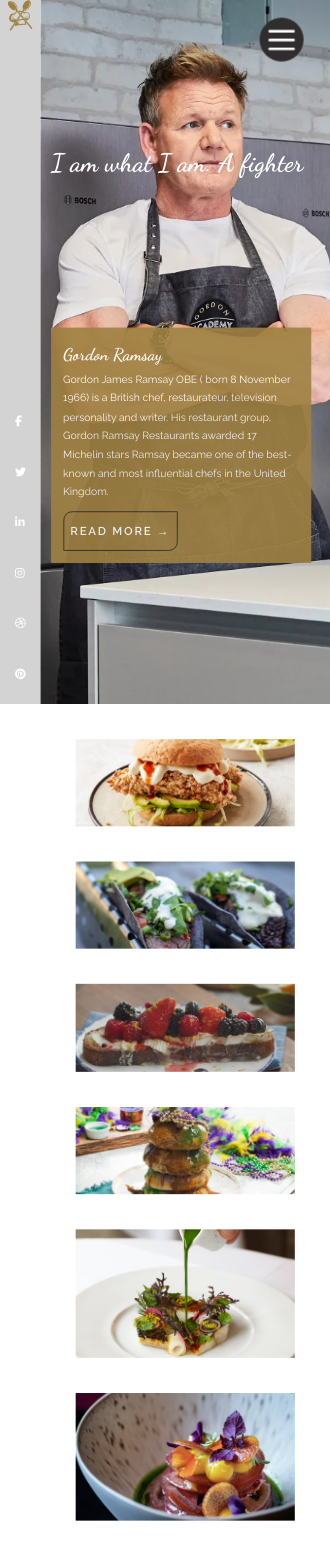
Repository: Esraa22M/Gordon-Ramsay-Biography
Page: index.html
An editor plug-in stored every save of this project. The page is shown before and after the next save, followed by the edit.
The browser window is 375 px wide. The pictures show the whole page, at 88% of full size.
Backgrounds fixed to the window are drawn as part of the page. Some web libraries are served in a nearby version.

Above is the page before, as saved 2022-12-13 20:07:18.

### index.html
<!DOCTYPE html>
<html lang="en">

<head>
    <meta charset="UTF-8">
    <meta http-equiv="X-UA-Compatible" content="IE=edge">
    <meta name="viewport" content="width=device-width, initial-scale=1.0">
    <title>Gordon-Ramsay-Biography
    </title>
    <!-- google fonts -->
    <link rel="preconnect" href="https://fonts.googleapis.com">
    <link rel="preconnect" href="https://fonts.gstatic.com" crossorigin>
    <link
        href="https://fonts.googleapis.com/css2?family=Dancing+Script:wght@400;500;600;700&family=Raleway:ital,wght@0,100;0,200;0,300;0,400;0,500;0,600;0,700;0,800;0,900;1,100;1,200;1,300;1,400;1,500;1,600;1,700;1,800;1,900&display=swap"
        rel="stylesheet">
    <link href="https://fonts.googleapis.com/css2?family=Dancing+Script:wght@400;500;600;700&display=swap"
        rel="stylesheet">

    <!-- external style -->
    <link rel="stylesheet" href="style.css" />
    <!-- fontawsome -->
    <script src="https://kit.fontawesome.com/8684e53235.js" crossorigin="anonymous"></script>
    <!-- scripts -->
    <script src="main.js" defer></script>
</head>

<body>
    <!-- Asidebar Nav-->
    <aside id="aside-nav">
        <div class="aside--nav__content">
            <img src="./img/chef-logo.svg" alt="side Navbar logo" class="aside--nav__content__logo">

            <nav class="aside-nav__content__nav" role="side nav">
                <ul class="aside--nav__content__nav--social">
                    <li><a href="#"><i class="fab fa-facebook-f"></i></a></li>
                    <li><a href="#"><i class="fab fa-twitter"></i></a></li>
                    <li><a href="#"><i class="fab fa-linkedin-in"></i></a></li>
                    <li><a href="#"><i class="fab fa-instagram"></i></a></li>
                    <li><a href="#"><i class="fab fa-dribbble"></i></a></li>
                    <li><a href="#"><i class="fa-brands fa-pinterest"></i></a></li>
                </ul>
            </nav>
        </div>
    </aside>
    <!-- Main Content -->
    <main>
        <header id="header">
            <div class="primary-nav-container">
                <!-- hamburger icon -->
                <div class="header__primary-nav--hamburger">
                    <div class="line line-1"></div>
                    <div class="line line-2"></div>
                    <div class="line line-3"></div>
                </div>
                <!-- Primary Nav -->
                <nav id="header__primary-nav">

                    <ul class="header__primary-nav-links">
                        <li class="header__primary-nav-links--link-item"><a href="#"
                                class="header__primary-nav--nav-link">Home</a></li>
                        <li class="header__primary-nav-links--link-item"><a href="#"
                                class="header__primary-nav--nav-link">About</a></li>
                        <li class="header__primary-nav-links--link-item"><a href="#"
                                class="header__primary-nav--nav-link">Recipes</a></li>
                        <li class="header__primary-nav-links--link-item"><a href="#"
                                class="header__primary-nav--nav-link">Services</a></li>
                        <li class="header__primary-nav-links--link-item"><a href="#"
                                class="header__primary-nav--nav-link">Qoutes</a></li>
                        <li class="header__primary-nav-links--link-item"><a href="#"
                                class="header__primary-nav--nav-link">Contact</a></li>
                    </ul>
                </nav>
            </div>
        </header>
        <!-- hero section -->
        <section id="show-case">
            <h1 class="show-case__word">I am what I am. A fighter</h1>
            <div class="show-case__content">
                <h1 class="show-case__content-title"> Gordon Ramsay
                </h1>
                <p class="show-case__content--bio">Gordon James Ramsay OBE ( born 8 November 1966) is a British chef,
                    restaurateur, television personality and
                    writer. His restaurant group, Gordon Ramsay Restaurants awarded 17
                    Michelin stars
                    Ramsay became one of the best-known and most influential chefs in the United Kingdom.
                </p>
                <a href="#" class="show-case__content--link">Read More &#8594
                </a>
            </div>
        </section>
        <!-- work section -->
        <section id="work">
            <div class="work__card">
                <img src="./img/Dishes/California-fried-chicken-sandwich.png" alt="recipe"/>
            </div>
            <div class="work__card">
                <img src="./img/Dishes/CroppedFocusedImage.jpg" alt="recipe" />
            </div>
            <div class="work__card">
                <img src="./img/Dishes/FruitsCake.png" alt="recipe" />
            </div>
            <div class="work__card">
                <img src="./img/Dishes/KingCake.jpg" alt="recipe" />
            </div>
            <div class="work__card">
                <img src="./img/Dishes/Lean-MACHINE-chicken-skewers.jpg" alt="recipe" />
            </div>
            <div class="work__card">
                <img src="./img/Dishes/Mushroomtoast.jpg" alt="recipe" />
            </div>
        </section>
    </main>
</body>

</html>

### style.css
*,
*::after,
*::before {
  box-sizing: border-box;
  margin: 0;
  padding: 0;
}
/* utility components */
:root {
  font-size: 62.5%;
  /* colors */
  --clr-neutral-200: rgb(47, 45, 45);
  --clr-neutral-100: #212529;
  --clr-light: #ffff;
  --clr-primary: rgb(159, 129, 66);
  --ff-primary: "Raleway", sans-serif;

  --ff-secondary: "Dancing Script", cursive;
}
body {
  font-family: var(--ff-primary);
  line-height: 1.8;
  display: flex;
  width: 100vw;
}
ul {
  list-style: none;
}
a:link,
a:visited {
  text-decoration: none;
  cursor: pointer;
  color: var(--clr-light);
}
/* -------------------Main Styling-------*/

/* ---side nav-- */
#aside-nav {
  position: sticky;
  top: 0;
  left: 0;
  height: 100vh;
}
.aside--nav__content {
  height: 100vh;
  display: flex;
  flex-direction: column;
  justify-content: space-between;
  background-color: lightgray;
  align-items: center;
}
.aside--nav__content__logo {
  height: calc(3vw + 3vh);
  object-fit: cover;
}
.aside-nav__content__nav {
  height: 100%;
  display: flex;
  flex-direction: column;
  align-items: center;
  padding: calc(0.3em + 0.4vw);
  justify-content: flex-end;
}
.aside--nav__content__nav--social {
  list-style: none;
}

.aside--nav__content__nav--social a i {
  font-size: calc(1rem + 0.666vw);
  color: var(--clr-light);
  margin: calc(2rem + 0.666vw) calc(1rem + 0.666vw);
  transition: color 0.3s cubic-bezier(0.075, 0.82, 0.165, 1);
}

.aside--nav__content__nav--social a i:hover,
.aside--nav__content__nav--social a i:focus-within,
.aside--nav__content__nav--social a i:active {
  color: var(--clr-primary);
}
/* Main content */
main {
  flex: 1;
}
/* ---Primary Nav ---*/
header#header {
  background-color: var(--clr-neutral-100);
  width: 100%;
}
:where(#header__primary-nav) {
  height: calc(3vw + 3vh);
  width: 100%;
}
.header__primary-nav-links {
  display: flex;
  height: 100%;
  justify-content: center;
  align-items: center;
}
.header__primary-nav-links .header__primary-nav-links--link-item {
  padding-right: 3vw;
}
.header__primary-nav--nav-link {
  font-size: 1.8rem;
  text-transform: capitalize;
  position: relative;
  padding: 0.2rem 0.6rem;
}
.header__primary-nav--nav-link:link::before,
.header__primary-nav--nav-link:visited::before,
.header__primary-nav--nav-link:link::after,
.header__primary-nav--nav-link:visited::after {
  content: "";
  position: absolute;
  left: 0;
  width: 100%;
  height: 0.25rem;
  background-color: var(--clr-primary);
  transform: scaleX(0);
  transition: transform 0.6s cubic-bezier(1, 0, 0, 1);
}
.header__primary-nav--nav-link:link::before,
.header__primary-nav--nav-link:visited::before {
  top: 0;
  transform-origin: right;
}
.header__primary-nav--nav-link:link::after,
.header__primary-nav--nav-link:visited::after {
  bottom: 0;
  transform-origin: left;
}
.header__primary-nav--nav-link:hover::before,
.header__primary-nav--nav-link:active::before,
.header__primary-nav--nav-link:hover::after,
.header__primary-nav--nav-link:active::after {
  transform: scaleX(1);
}
/*-------------showcase section---------------*/
section#show-case {
  background-image: url("./img/GRA_Gordon_010921.webp");
  background-size: cover;
  object-fit: cover;
  background-attachment: fixed;
  background-position: 20%;
  height: 100vh;
  color: var(--clr-light);
  display: flex;
  justify-content: space-evenly;
  align-items: center;
}
.show-case__content {
  background-color: var(--clr-primary);
  opacity: 0.9;
  padding: calc(1rem + 1vw);
  min-height: calc(5rem + 20vmax);
  width: calc(5rem + 32vmax);
  display: flex;
  flex-direction: column;
  justify-content: space-between;
  animation: hero 2s ease-in-out;
}
@keyframes hero {
  0% {
    transform: translateX(-60rem) rotate(369deg);
    opacity: 0;
  }
  100% {
    transform: translateX(0);
    opacity: 1;
  }
}
.show-case__word {
  width: 30rem;
  font-size: calc(1rem + 5vw);
}
.show-case__content-title {
  font-size: calc(1rem + 2.5vw);
}
.show-case__content-title,
.show-case__word {
  font-family: var(--ff-secondary);
}
.show-case__content--bio {
  font-size: calc(1rem + 0.5vw);
}
.show-case__content--link:visited,
.show-case__content--link:link {
  padding: 1rem 0;
  transition: all 0.5s ease-in-out;
  width: 13rem;
  text-align: center;
  margin-top: 1rem;

  text-transform: uppercase;
  font-size: 1.3rem;
  position: relative;
  border: 1px solid var(--clr-neutral-200);
  border-bottom-right-radius: 1rem 1rem;
  border-top-left-radius: 1rem 1rem;
  font-weight: 600;
  letter-spacing: 0.2rem;
}
.show-case__content--link:visited::after,
.show-case__content--link:link::after {
  content: "";
  position: absolute;
  z-index: -2;
  inset: 0;
  background-color: var(--clr-neutral-200);
  transform: scaleX(0);
  transform-origin: right;
  transition: transform 0.4s;
}
.show-case__content--link:visited:hover,
.show-case__content--link:link:hover {
  border-radius: unset;
  border: unset;
}
.show-case__content--link:hover::after,
.show-case__content--link:active::after {
  transform: scaleX(1);
  transform-origin: left;
}

/* work section */
section#work {
  display: flex;
  flex-wrap: wrap;
  justify-content: center;
  padding: 2rem;
}
div.work__card {
  padding: 2rem;
  flex-basis: 60rem;
}
div.work__card img {
  width: 100%;
  height: 100%;
  object-fit: cover;
}
@media screen and (max-width: 950px) {
  /*showcase section**/
  section#show-case {
    background-image: url(./img/GRA_Gordon.png);
    justify-content: space-evenly;
    align-items: flex-end;
    flex-direction: column;
    background-position: 10%;
  }
  .show-case__content,
  .show-case__word {
    width: 50%;
    margin-right: 1rem;
  }
}
/* max width (610px) */
@media screen and (max-width: 610px) {
  .primary-nav-container {
    position: relative;
  }
  :where(#header__primary-nav) {
    width: 30rem;
    height: 100%;
    position: fixed;
    background-color: var(--clr-neutral-200);
    top: 0;
    right: 0;
    z-index: 100;
    opacity: 0;
    text-align: center;
  }
  .main__nav--position {
    opacity: 1;
  }
  .header__primary-nav-links {
    flex-direction: column;
    align-items: flex-start;
  }

  /* .header__primary-nav-links::after {
    content: "";
    position: absolute;
    height: 50%;
    width: 50%;
    opacity: 0.8;
    z-index: -1;
    border-radius: 10px 5% / 20px 25em 30px 35em;

    background-color: var(--clr-neutral-100);
    box-shadow: 0 0 0.3rem 0.1rem var(--clr-primary);
    left: 2rem;
  } */

  .header__primary-nav-links :where(.header__primary-nav-links--link-item) {
    margin-bottom: 4vh;
    margin-left: 6vw;
    opacity: 0;
  }

  .header__primary-nav--hamburger {
    width: 5rem;
    height: 5rem;
    position: fixed;
    z-index: 200;
    top: 2rem;
    right: 3rem;
    background-color: var(--clr-neutral-200);
    cursor: pointer;
    border-radius: 50%;
    padding: 1rem;
    display: flex;
    flex-direction: column;
    justify-content: space-around;
  }
  .line {
    width: 100%;
    height: 0.3rem;
    background-color: var(--clr-light);
    border-radius: 0.2rem;
    transition: all 0.4s ease-in-out;
  }
  .primary-nav-container[aria-expanded="true"] .line-1 {
    transform: rotateZ(-405deg) translate(-1.25rem);
  }
  .primary-nav-container[aria-expanded="true"] .line-2 {
    opacity: 0;
  }
  .primary-nav-container[aria-expanded="true"] .line-3 {
    transform: rotateZ(45deg) translate(-1.5rem);
  }
  .fade {
    opacity: 1;
  }
  section#show-case {
    background-position: 10%;
    align-items: center;
  }
  .show-case__content,
  .show-case__word {
    width: 90%;
  }
}

### main.js
/*----------primary nav------------*/
const mainNavContainer = document.querySelector(".primary-nav-container");
const hamburgerContainer = document.querySelector("#header__primary-nav");
const hamburger = document.querySelector(".header__primary-nav--hamburger");
const links = document.querySelectorAll(".header__primary-nav-links li");
let handleMainNavbarExpantion = function () {
  hamburgerContainer.classList.contains("main__nav--position")
    ? mainNavContainer.setAttribute("aria-expanded", false)
    : mainNavContainer.setAttribute("aria-expanded", true);
  hamburgerContainer.classList.toggle("main__nav--position");
  links.forEach((link, i) => {
    link.style.transition = `all 0.5s ease-in-out ${i * 0.2 + 0.2}s`;
    link.classList.toggle("fade");
  });
};
hamburger.addEventListener("click", handleMainNavbarExpantion);

Loaded but not shown: img/chef-logo.svg (8 lines, source omitted)

After the next save:
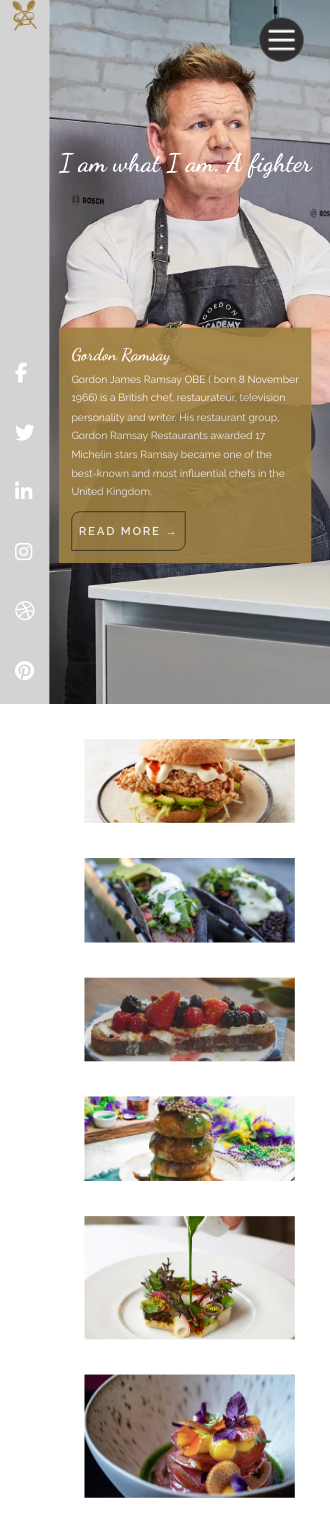
Saved 93 s later.
--- a/style.css
+++ b/style.css
@@ -254,6 +254,8 @@
 }
 /* max width (610px) */
 @media screen and (max-width: 610px) {
+  .aside--nav__content__nav--social a i {
+  font-size: calc(2rem + 0.666vw);}
   .primary-nav-container {
     position: relative;
   }

After the save that followed:
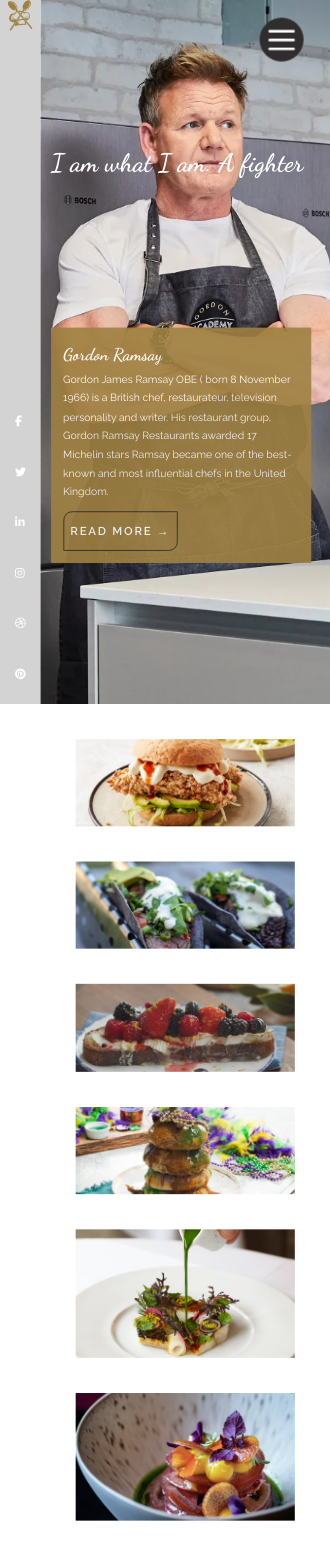
Saved 22 s later.
--- a/style.css
+++ b/style.css
@@ -255,7 +255,7 @@
 /* max width (610px) */
 @media screen and (max-width: 610px) {
   .aside--nav__content__nav--social a i {
-  font-size: calc(2rem + 0.666vw);}
+  font-size: calc(1rem + 0.666vw);}
   .primary-nav-container {
     position: relative;
   }
